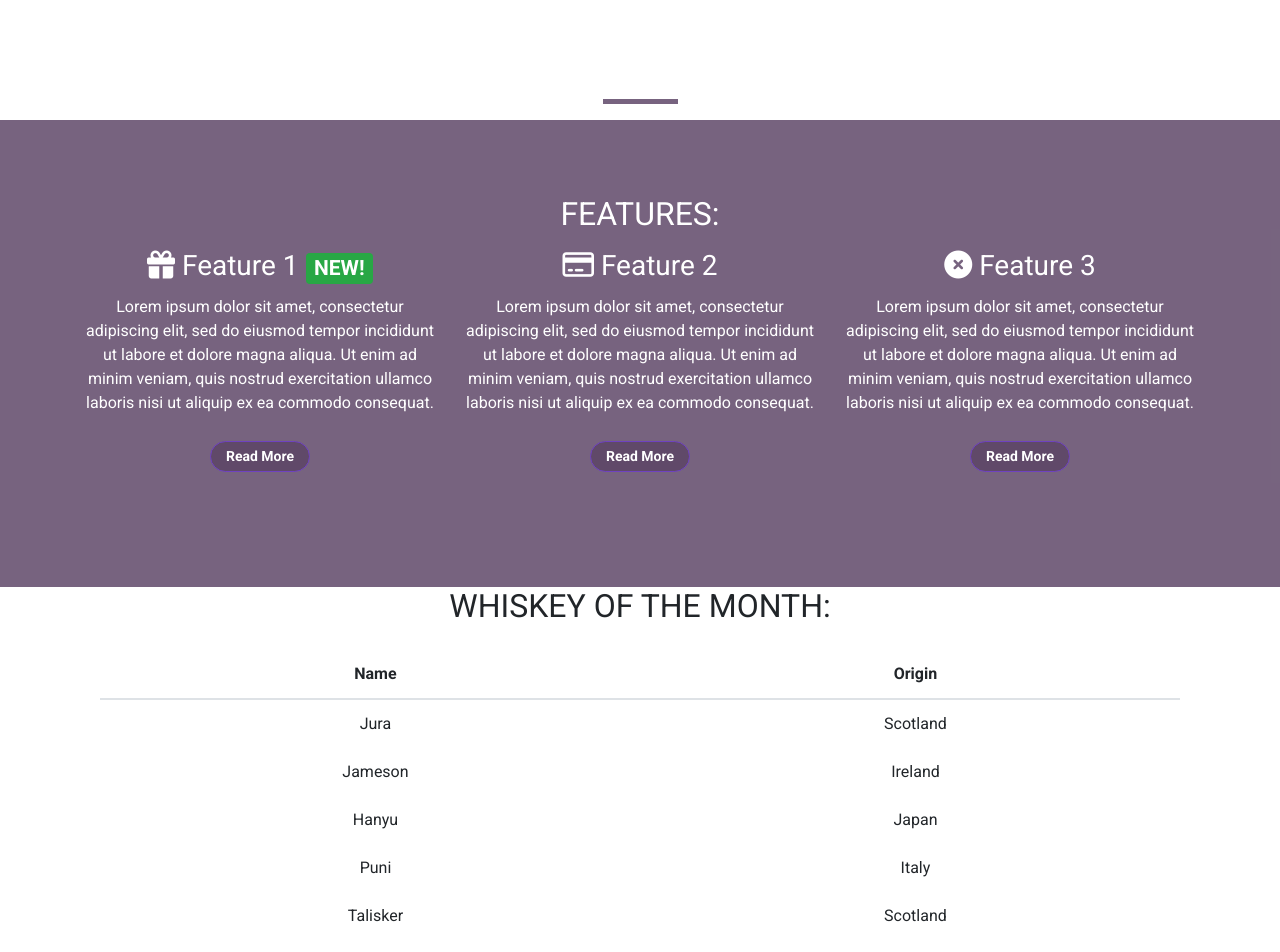
Repository: cipsim/bootstrap2.0
Page: index.html
The author's editor kept a record of every edit. The page is drawn from the files as they stood at one moment, then again after the next edit.
The browser window is 1280 px wide. The pictures show the part of the page from y = 1042 to 1994 px (the page is 1998 px tall before and 2035 px after).
Backgrounds fixed to the window are drawn as part of the page. Some web libraries are served in a nearby version.

Above is the page before.

### index.html
<!DOCTYPE html>
<html lang="en-us">

<head>
    <meta charset="utf-8">
    <title>Whiskey Drop | Taste a new whiskey every month</title>
    <meta name="viewport" content="width=device-width, initial-scale=1.0">
    <link rel="stylesheet" href="https://maxcdn.bootstrapcdn.com/bootstrap/4.1.3/css/bootstrap.min.css">
    <script src="https://kit.fontawesome.com/0dc9a7af2a.js"></script>
    <link href="https://fonts.googleapis.com/css?family=Roboto:400,700&display=swap" rel="stylesheet">
    <link rel="stylesheet" href="css/style.css" type="text/css" />
</head>

<body>
    <div class="container-fluid navalert-container">
        <div class="container-fluid alert-container">
            <div class="row d-none d-sm-block">
                <div class="col-12">
                    <div class="site-wide-alert alert alert-warning">
                        <strong>Sale is now on!</strong> We got a sale on: get a 12 month subscription for the price of 6!!! <a href="">See here for details.</a>
                    </div>
                </div>
            </div>
        </div>
        <nav class="navbar navbar-dark navbar-expand-sm">
            <a href="/" class="navbar-brand">Whiskey Drop</a>
            <button class="navbar-toggler ml-auto" type="button" data-toggle="collapse" data-target="#navbarNavDropdown" aria-controls="navbarNavDropdownv" aria-epanded="false" aria-label="Toggle navigation">
            <span class="navbar-toggler-icon">
            </span>
        </button>
            <div class="collapse navbar-collapse" id="navbarNavDropdown">
                <ul class="navbar-nav mr-auto">
                    <li class="active nav-item mr-2"><a class="nav-link" href="/">Home</a></li>
                    <li class="nav-item mr-2"><a class="nav-link" href="/about">About</a></li>
                    <li class="nav-item dropdown">
                        <a class="nav-link dropdown-toggle" href="#" id="navbarDropdownMenuLink" role="button" data-toggle="dropdown" aria-haspopup="true" aria-expanded="false">
                        Whiskeys
                    </a>
                        <div class="dropdown-menu" aria-labelledby="navbarDropdownMenuLink">
                            <a href="#" class="dropdown-item">Scotch</a>
                            <a href="#" class="dropdown-item">Irish</a>
                            <a href="#" class="dropdown-item">Japanese</a>
                            <a href="#" class="dropdown-item">Italian</a>
                        </div>
                    </li>
                    <li class="nav-item mr-2 d-block d-sm-none"><a class="nav-link" href="/login">Sign In / Sign Up</a></li>
                </ul>
            </div>
            <div class="d-none d-md-block">
                <p class="navbar-text my-auto mr-2"><i>Great whiskey delivered to your door!</i></p>
                <a href="/login" class="btn btn--cta btn--purple">Sign in / Sign up</a>
            </div>
        </nav>\
    </div>
    <!-- Callout -->
    <div class="container-fluid callout-container">
        <div class="row">
            <div class="col-12">
                <section class="callout jumbotron text-center">
                    <h1 class="jumbotron-header">The finest whiskeys delivered to your doorstep.</h1>
                    <hr class="block-divider">
                    <p class="lead">Sign up today to start receiving the world's best whiskeys every month.
                        <s class="d-none d-sm-inline">19.99$</s>
                        <span class="d-inline d-sm-none"><br></span>
                        <strong><mark>First one is free!</mark></strong></p>
                    <p class="text-muted"><small>You must be over 18 to sign up to our service, please drink responsibly</small></p>
                    <button class="btn btn-lg btn--cta btn--purple" data-toggle="modal" data-target="#signUpModal">Sign up!</button>
                </section>
            </div>
        </div>
    </div>
    <!-- /.callout -->
    <hr>

    <!-- Quotes -->
    <div class="container-wrapper">
        <div class="container quotes-container content-container">
            <section class="quotes">
                <div class="row">
                    <div class="col-12 page-header">
                        <h2 class="text-uppercase">Quotes:</h2>
                        <hr class="block-divider">
                    </div>
                </div>
                <div class="row">
                    <div class="col-12 col-md-6">
                        <div class="media">
                            <div class="d-none d-sm-block">
                                <img src=".c9/images/girls.jpg" class="rounded-circle mr-3" height=100 width=100>
                            </div>
                            <div class="media-body">
                                <blockquote class="blockquote">
                                    <p>I've been introduced to more than 10 great international whiskeys I never knew about.</p>
                                    <p>- Titania</p>
                                </blockquote>
                            </div>
                        </div>
                    </div>
                    <div class="col-12 col-md-6">
                        <div class="media">
                            <div class="d-none d-sm-block">
                                <img src=".c9/images/guy.jpg" class="rounded-circle mr-3" height=100 width=100>
                            </div>
                            <div class="media-body">
                                <blockquote class="blockquote">
                                    <p>I haven't been sober for months!</p>
                                    <p>- Barney Gumble</p>
                                </blockquote>
                            </div>
                        </div>
                    </div>
                </div>
            </section>
        </div>
    </div>

    <!-- /.quotes -->
    <hr class="block-divider">

    <!-- Features -->
    <div class="content-wrapper container-wrapper--purple">
        <div class="container features-container content-container">
            <section class="features">
                <div class="row">
                    <div class="col-12 page-header">
                        <h2 class="text-uppercase">Features:</h2>
                    </div>
                </div>
                <div class="row">
                    <div class="col-12 col-md-6 col-lg-4">
                        <div class="feature">
                            <h3><i class="fas fa-gift d-none d-sm-inline"></i> Feature 1 <span class="badge badge-success">NEW!</span></h3>
                            <p>Lorem ipsum dolor sit amet, consectetur adipiscing elit, sed do eiusmod tempor incididunt ut labore et dolore magna aliqua. Ut enim ad minim veniam, quis nostrud exercitation ullamco laboris nisi ut aliquip ex ea commodo consequat.</p>
                            <p><a class="btn btn-sm btn-light" href="">Read More</a></p>
                        </div>
                    </div>
                    <div class="col-12 col-md-6 col-lg-4">
                        <div class="feature">
                            <h3><i class="far fa-credit-card d-none d-sm-inline"></i> Feature 2</h3>
                            <p>Lorem ipsum dolor sit amet, consectetur adipiscing elit, sed do eiusmod tempor incididunt ut labore et dolore magna aliqua. Ut enim ad minim veniam, quis nostrud exercitation ullamco laboris nisi ut aliquip ex ea commodo consequat.</p>
                            <p><a class="btn btn-sm btn-light" href="">Read More</a></p>
                        </div>
                    </div>
                    <div class="col-12 d-md-none d-lg-block col-lg-4">
                        <div class="feature">
                            <h3><i class="fas fa-times-circle d-none d-sm-inline"></i> Feature 3</h3>
                            <p>Lorem ipsum dolor sit amet, consectetur adipiscing elit, sed do eiusmod tempor incididunt ut labore et dolore magna aliqua. Ut enim ad minim veniam, quis nostrud exercitation ullamco laboris nisi ut aliquip ex ea commodo consequat.</p>
                            <p><a class="btn btn-sm btn-light" href="">Read More</a></p>
                        </div>
                    </div>
                </div>
            </section>
        </div>
    </div>

    <!-- /.features -->
    <!--Table-->
    <div class="container table-container">
        <section class="table">
            <div class="col-12 page-header">
                <h2 class="text-uppercase">Whiskey of the month:</h2>
                <table class="table">
                    <thead>
                        <tr>
                            <th scope="col">Name</th>
                            <th scope="col">Origin</th>
                        </tr>
                    </thead>
                    <tbody>
                        <tr>
                            <td>Jura</td>
                            <td>Scotland</td>
                        </tr>
                        <tr>
                            <td>Jameson</td>
                            <td>Ireland</td>
                        </tr>
                        <tr>
                            <td>Hanyu</td>
                            <td>Japan</td>
                        </tr>
                        <tr>
                            <td>Puni</td>
                            <td>Italy</td>
                        </tr>
                        <tr>
                            <td>Talisker</td>
                            <td>Scotland</td>
                        </tr>
            </div>
        </section>
    </div>
    </article>
    <div class="modal" tabindex="-1" role="dialog" id="signUpModal">
        <div class="modal-dialog" role="document">
            <div class="modal-content">
                <div class="modal-header">
                    <h5 class="modal-title">Sign up to Whiskey Drop!</h5>
                    <button type="button" class="close" data-dismiss="modal" aria-label="Close">
          <span aria-hidden="true">&times;</span>
        </button>
                </div>
                <div class="modal-body">
                    <form>
                        <div class="form-group">
                            <label for="exampleInputEmail1">Email address</label>
                            <input type="email" class="form-control" id="exampleInputEmail1" aria-describedby="emailHelp" placeholder="Enter email">
                            <small id="emailHelp" class="form-text text-muted">We'll never share your email with anyone else.</small>
                        </div>
                        <div class="form-group">
                            <label for="password">Password</label>
                            <input type="password" class="form-control" id="password" placeholder="Password">
                        </div>
                        <div class="form-group">
                            <label for="repeatPassword">Repeat Password</label>
                            <input type="password" class="form-control" id="repeatPassword" placeholder="Repeat Password">
                        </div>
                        <button type="submit" class="btn btn-success">Submit</button>
                    </form>
                </div>
            </div>
        </div>
    </div>
    <script src="https://code.jquery.com/jquery-3.3.1.slim.min.js" integrity="sha384-q8i/X+965DzO0rT7abK41JStQIAqVgRVzpbzo5smXKp4YfRvH+8abtTE1Pi6jizo" crossorigin="anonymous"></script>
    <script src="https://cdnjs.cloudflare.com/ajax/libs/popper.js/1.14.7/umd/popper.min.js" integrity="sha384-UO2eT0CpHqdSJQ6hJty5KVphtPhzWj9WO1clHTMGa3JDZwrnQq4sF86dIHNDz0W1" crossorigin="anonymous"></script>
    <script src="https://stackpath.bootstrapcdn.com/bootstrap/4.3.1/js/bootstrap.min.js" integrity="sha384-JjSmVgyd0p3pXB1rRibZUAYoIIy6OrQ6VrjIEaFf/nJGzIxFDsf4x0xIM+B07jRM" crossorigin="anonymous"></script>
</body>

</html>

### css/style.css
body {
    font-family: 'Roboto', sans-serif;
}

.alert-container .col-12 {
    padding-left: 0;
    padding-right: 0;
}

.site-wide-alert {
    border-radius: 0;
    margin-bottom: 0;
    padding: 5px 15px;
    border-color: #e59a19;
    background-color: #e59a19;
    color: #fff;
}

.features-container {}

.quotes-container {}

.table-container {}

.callout-container {
    height: 100vh;

    background: url("../.c9/images/bgi.jpg") no-repeat bottom right fixed;
    -webkit-background-size: cover;
    -moz-background-size: cover;
    -o-background-size: cover;
    background-size: cover;

    display: flex;
    align-items: center;
    justify-content: center;

}

@media screen and (max-width: 600px) {
    .callout-container {
        height: 100vh;
        background: url("../.c9/images/bgi.jpg") no-repeat bottom center fixed;
        -webkit-background-size: cover;
        -moz-background-size: cover;
        -o-background-size: cover;
        background-size: cover;
        display: flex;
        align-items: center;
        justify-content: center;
    }
}

/*Headers*/

.page-header {
    margin-bottom: 0;
    border-bottom: 0;
    text-align: center;
}

.page-header h2 {
    margin-top: 0;
}

.quotes .page-header {
    margin-bottom: 25px;
}

.table td, .table th {
    padding: .75rem;
    border-top: 0px;
    }

.table h2 {
    margin-bottom: 25px;
}

/*Navbar*/

.navalert-container {
    position: absolute;
    top: 0;
    left: 0;
    padding-left: 0;
    padding-right: 0;
    z-index: 1;
}

.navbar {
    margin-bottom: 0;
    border: 0;
    width: 100%;
    background-color: rgba(0, 0, 0, 0.25);
}

.navbar .navbar-toggler {
    border: 0;
}

.navbar-brand {
    font-weight: bold;
}

.navbar .navbar-nav a {
    font-weight: bold;
}

/*jumbotron*/

.jumbotron {
    color: lightgray;
    background-color: transparent;
}

.jumbotron-header {
    color: #fcf8e3;
    -webkit-text-stroke: 1px black;
    font-weight: bold;
    margin-bottom: 30px;
}

.jumbotron small {
    font-size: 60%;
    font-style: italic;
    color: #dcbd18;
}

/*Block dividers*/

.block-divider {
    width: 75px;
    height: 5px;
    border: 0;
    background-color: #5c4465d4;
}

/*Content Containers*/

.content-container {
    padding-top: 75px;
    padding-bottom: 75px;
}

/*Container wrappers*/

.container-wrapper {}

.container-wrapper--purple {
    background-color: #5c4465d4;
    color: white;
}

/*Buttons*/

.btn--cta {
    font-weight: bold;
    border-radius: 25px;
    width: 150px;
}

.btn--purple {
    color: white;
    background-color: #5c4465d4;
    border-color: #6f42c1;
}

.btn--purple:hover,
.btn--purple:active,
.btn--purple:focus,
.btn--purple:active:focus {
    background-color: #6f42c1;
    border-color: #6f42c1;
}

.feature {
    text-align: center;
    margin-bottom: 40px;
}

.feature i {
    margin-bottom: 20px;
    line-height: 45px;
}

.feature .btn {
    background-color: #5c4465d4;
    border-color: #6f42c1;
    color: white;
    border-radius: 25px;
    min-width: 100px;
    margin-top: 10px;
    font-weight: bold;
}

After the next edit:
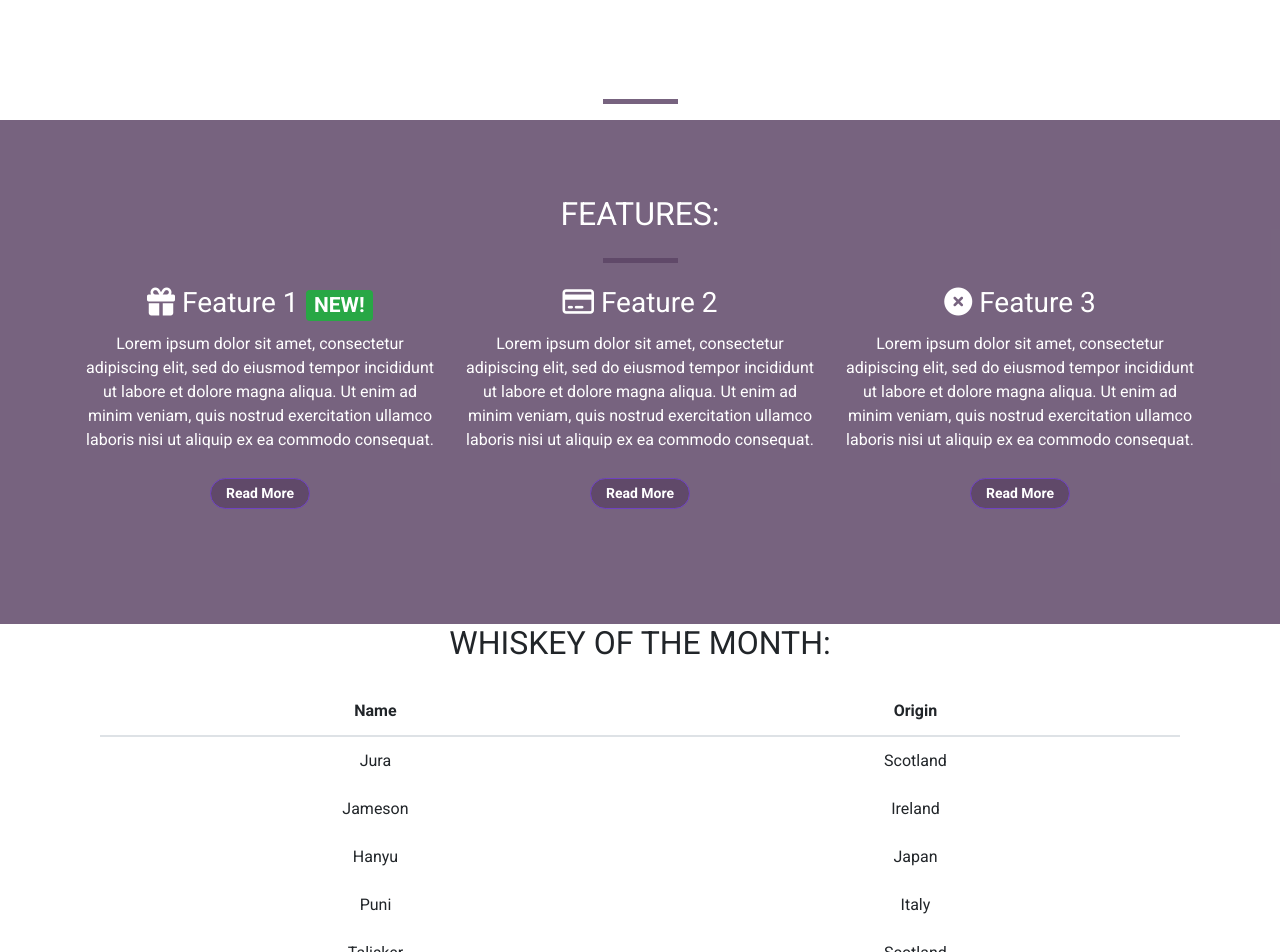
The edit:
--- a/index.html
+++ b/index.html
@@ -125,6 +125,7 @@
                     <div class="col-12 page-header">
                         <h2 class="text-uppercase">Features:</h2>
                     </div>
+                    <hr class="block-divider">
                 </div>
                 <div class="row">
                     <div class="col-12 col-md-6 col-lg-4">
